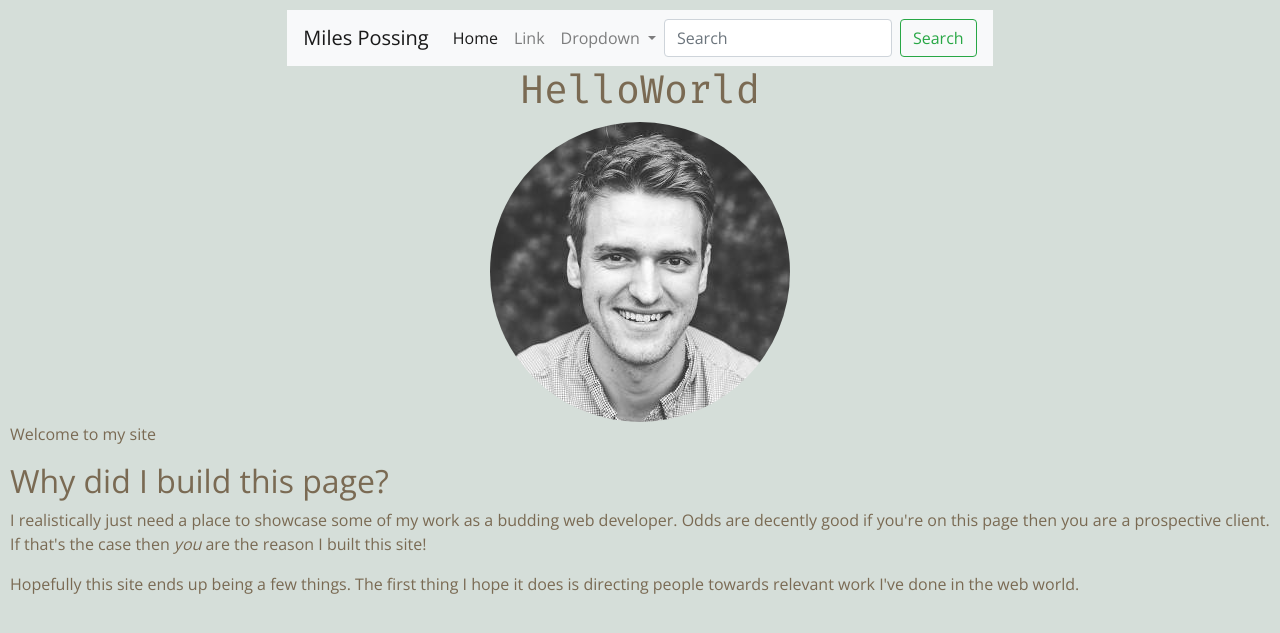
Repository: milespossing/Personal-Page
Page: index.html
These files come from the project's save history. The page is drawn as it stood at one moment and after the next save; the edit follows.
The browser window is 1280 px wide. The pictures show the whole page.

Above is the page before, as saved 2019-09-25 07:11:19.

### index.html
<head>
    <link rel="stylesheet" href="https://stackpath.bootstrapcdn.com/bootstrap/4.3.1/css/bootstrap.min.css" integrity="sha384-ggOyR0iXCbMQv3Xipma34MD+dH/1fQ784/j6cY/iJTQUOhcWr7x9JvoRxT2MZw1T" crossorigin="anonymous">
    <link rel="stylesheet" type="text/css" href="Styles/style.css"/>
    <link href="https://fonts.googleapis.com/css?family=Fira+Mono|Open+Sans&display=swap" rel="stylesheet">
</head>
<body>
    <nav class="navbar navbar-expand-lg navbar-light bg-light">
        <a class="navbar-brand" href="#">Miles Possing</a>
        <button class="navbar-toggler" type="button" data-toggle="collapse" data-target="#navbarSupportedContent" aria-controls="navbarSupportedContent" aria-expanded="false" aria-label="Toggle navigation">
            <span class="navbar-toggler-icon"></span>
        </button>

        <div class="collapse navbar-collapse" id="navbarSupportedContent">
            <ul class="navbar-nav mr-auto">
                <li class="nav-item active">
                    <a class="nav-link" href="#">Home <span class="sr-only">(current)</span></a>
                </li>
                <li class="nav-item">
                    <a class="nav-link" href="#">Link</a>
                </li>
                <li class="nav-item dropdown">
                    <a class="nav-link dropdown-toggle" href="#" id="navbarDropdown" role="button" data-toggle="dropdown" aria-haspopup="true" aria-expanded="false">
                    Dropdown
                    </a>
                    <div class="dropdown-menu" aria-labelledby="navbarDropdown">
                    <a class="dropdown-item" href="#">Action</a>
                    <a class="dropdown-item" href="#">Another action</a>
                    <div class="dropdown-divider"></div>
                    <a class="dropdown-item" href="#">Something else here</a>
                    </div>
                </li>
            </ul>
            <form class="form-inline my-2 my-lg-0">
            <input class="form-control mr-sm-2" type="search" placeholder="Search" aria-label="Search">
            <button class="btn btn-outline-success my-2 my-sm-0" type="submit">Search</button>
            </form>
        </div>
    </nav>
    <div class="body-content">
        <div class="Site-Header">
            <h1 class="code">HelloWorld</h1>
            <div>
                <img src="Images/simple-headshot.jpeg" class="Display-Picture"/>
            </div>
        </div>
        <p>Welcome to my site</p>
        <div>
            <h2>Why did I build this page?</h2>
            <p>I realistically just need a place to showcase some of my work as a budding web developer. Odds are decently good if you're on this page then you are a prospective client. If that's the case then <em>you</em> are the reason I built this site!</p>
            <p>Hopefully this site ends up being a few things. The first thing I hope it does is directing people towards relevant work I've done in the web world.</p>
        </div>
    </div>

</body>

### Styles/style.css
/*
#D9CEB2
#948C75
#D5DED9
#7A6A53
#99B2B7
 */

body {
    display: flex;
    flex-direction: column;
    align-content: center;
    align-items: center;
    background: #D5DED9;
    color: #7A6A53;
    font-family: 'Open Sans', sans-serif;
    /* background-image: url("../Images/john-fowler-aaIN3y2zcMQ-unsplash.jpg"); */
    background-size: cover;
    background-attachment: fixed;
    background-position: center;
    padding: 10px;
}

.site-header {
    width: 100%;
    display: flex;
    flex-direction: column;
    align-items: center;
    justify-items: right;
    background-size: cover;
}

.background-container {

}

.code {
    font-family: 'Fira Mono', monospace;
}

.display-picture {
    border-radius: 50%;
}

After the next save:
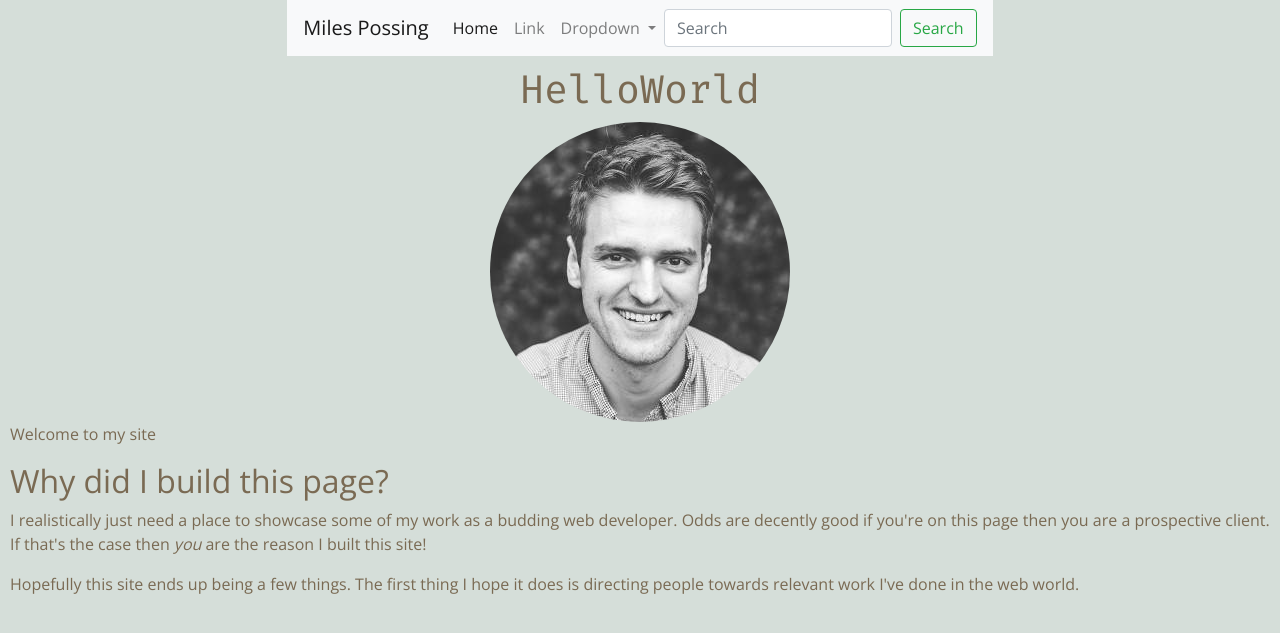
Saved 17 s later.
--- a/Styles/style.css
+++ b/Styles/style.css
@@ -18,6 +18,9 @@ body {
     background-size: cover;
     background-attachment: fixed;
     background-position: center;
+}
+
+.body-content {
     padding: 10px;
 }
 
